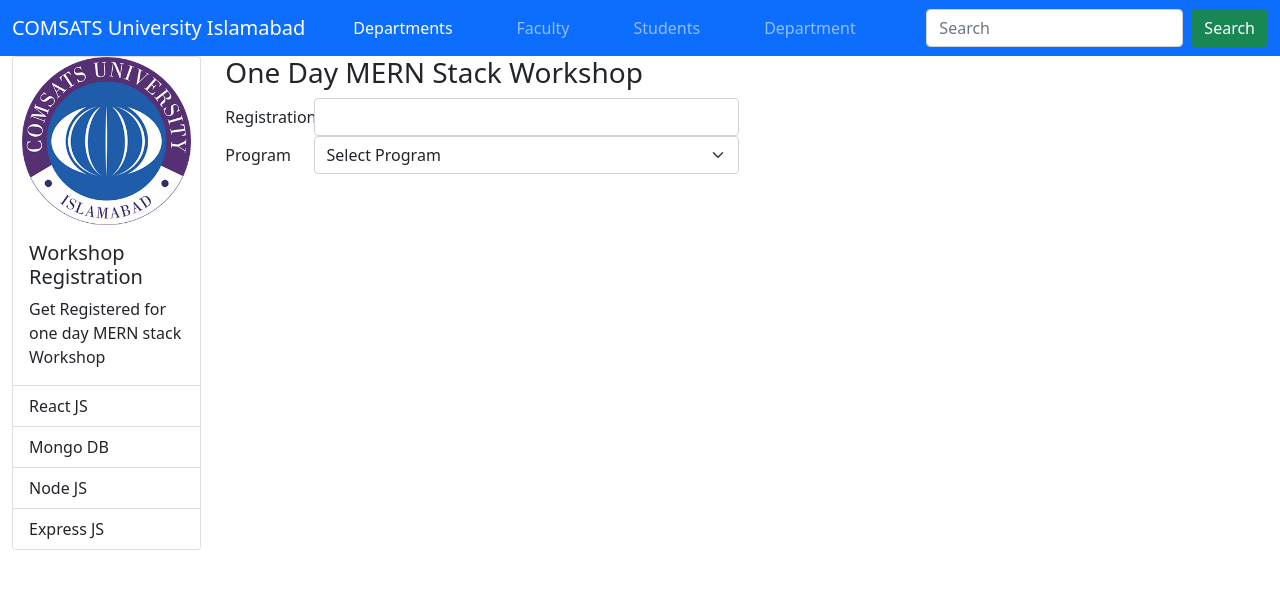
Repository: SaudCh/Web-Mid-Exams
Page: /register
The author's editor kept a copy of each file at every save. The page is drawn from the files as they stood at one save, then again after the next save.
The browser window is 1280 px wide. The pictures show the whole page.
The project was rebuilt for these pictures with package versions that can differ from the ones it lists, and the page was loaded fresh each time.

Above is the page before, as saved 2021-11-22 11:03:48.

### src/App.js
import React from "react";
import { BrowserRouter as Router, Switch, Route } from "react-router-dom";
import "../node_modules/bootstrap/dist/css/bootstrap.min.css";
import "../node_modules/bootstrap/dist/js/bootstrap.bundle.min";
import Header from "./Shared/Header";
import SideBar from "./Shared/SideBar";
import Register from "./Register/register";

export default function App() {
  return (
    <Router>
      <Header />
      <div className="container-fluid">
        <div className="row">
          <div className="col-2">
            <SideBar />
          </div>
          <div className="col-10">
            <Switch>
              <Route path="/" exact>
                <div></div>
              </Route>
              <Route path="/register/" exact>
                <Register />
              </Route>
            </Switch>
          </div>
        </div>
      </div>
    </Router>
  );
}

### src/Shared/Header.jsx
import React from "react";
import { Link } from "react-router-dom";
export default function Header() {
  return (
    <nav class="navbar navbar-expand-lg navbar-dark bg-primary">
      <div class="container-fluid">
        <Link to="/" class="navbar-brand" href="#">
          COMSATS University Islamabad
        </Link>
        <button
          class="navbar-toggler"
          type="button"
          data-bs-toggle="collapse"
          data-bs-target="#navbarSupportedContent"
          aria-controls="navbarSupportedContent"
          aria-expanded="false"
          aria-label="Toggle navigation"
        >
          <span class="navbar-toggler-icon"></span>
        </button>
        <div class="collapse navbar-collapse" id="navbarSupportedContent">
          <ul class="navbar-nav me-auto mb-2 mb-lg-0">
            <li class="nav-item mx-md-4">
              <Link to="/" class="nav-link active" aria-current="page" href="#">
                Departments
              </Link>
            </li>
            <li class="nav-item mx-md-4">
              <Link to="/" class="nav-link" href="#">
                Faculty
              </Link>
            </li>

            <li class="nav-item mx-md-4">
              <Link
                to="/"
                class="nav-link"
                href="#"
                tabindex="-1"
                aria-disabled="true"
              >
                Students
              </Link>
            </li>
            <li class="nav-item mx-md-4">
              <Link
                to="/"
                class="nav-link"
                href="#"
                tabindex="-1"
                aria-disabled="true"
              >
                Department
              </Link>
            </li>
          </ul>
          <form class="d-flex">
            <input
              class="form-control me-2"
              type="search"
              placeholder="Search"
              aria-label="Search"
            />
            <button
              class="btn btn-outline-success btn-success text-white"
              type="submit"
            >
              Search
            </button>
          </form>
        </div>
      </div>
    </nav>
  );
}

### src/Shared/SideBar.jsx
import React from "react";
import logo from "../public/comsats-logo.png";

export default function SideBar() {
  return (
    <div class="card">
      <img
        src={logo}
        class="card-img-top"
        style={{ width: "90%", alignSelf: "center" }}
        alt="..."
      />
      <div class="card-body">
        <h5 class="card-title">Workshop Registration</h5>
        <p class="card-text">Get Registered for one day MERN stack Workshop</p>
      </div>
      <ul class="list-group list-group-flush">
        <li class="list-group-item">React JS</li>
        <li class="list-group-item">Mongo DB</li>
        <li class="list-group-item">Node JS</li>
        <li class="list-group-item">Express JS</li>
      </ul>
    </div>
  );
}

### src/Register/register.jsx
import React from "react";

export default function register() {
  return (
    <div>
      <h3>One Day MERN Stack Workshop</h3>
      <form>
        <div class="row g-3 align-items-center">
          <div class="col-1">
            <label for="registration" class="col-form-label">
              Registration
            </label>
          </div>
          <div class="col-5">
            <input
              type="text"
              id="registration"
              class="form-control"
              aria-describedby="passwordHelpInline"
            />
          </div>
        </div>
        <div class="row g-3 align-items-center">
          <div class="col-1">
            <label for="program" class="col-form-label">
              Program
            </label>
          </div>
          <div class="col-5">
            <select id="program" class="form-select">
              <option>Select Program</option>
            </select>
          </div>
        </div>
      </form>
    </div>
  );
}

Loaded but not shown: public/index.html (common file); src/index.js (common file); src/index.css (common file); src/reportWebVitals.js (common file)

After the next save:
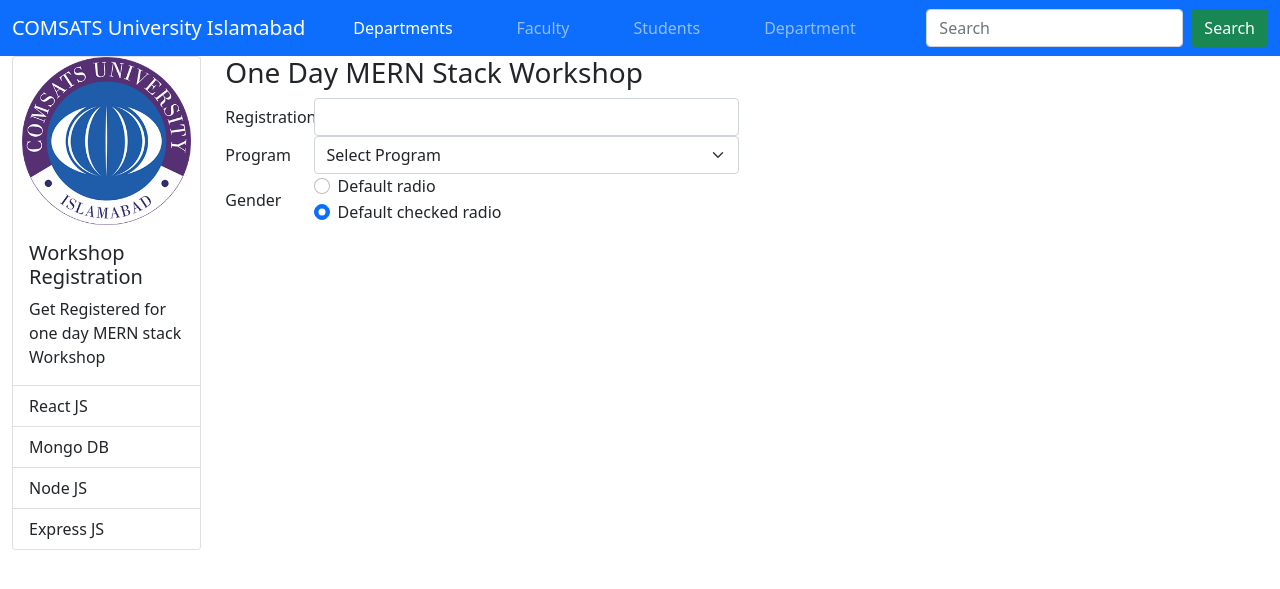
Saved 2 min 18 s later.
--- a/src/Register/register.jsx
+++ b/src/Register/register.jsx
@@ -5,6 +5,7 @@
     <div>
       <h3>One Day MERN Stack Workshop</h3>
       <form>
+        {/*********Registration********** */}
         <div class="row g-3 align-items-center">
           <div class="col-1">
             <label for="registration" class="col-form-label">
@@ -20,6 +21,7 @@
             />
           </div>
         </div>
+        {/*********Program****** */}
         <div class="row g-3 align-items-center">
           <div class="col-1">
             <label for="program" class="col-form-label">
@@ -32,6 +34,39 @@
             </select>
           </div>
         </div>
+        {/*********Gender****** */}
+        <div class="row g-3 align-items-center">
+          <div class="col-1">
+            <label for="gender" class="col-form-label">
+              Gender
+            </label>
+          </div>
+          <div class="col-5">
+            <div class="form-check">
+              <input
+                class="form-check-input"
+                type="radio"
+                name="flexRadioDefault"
+                id="flexRadioDefault1"
+              />
+              <label class="form-check-label" for="flexRadioDefault1">
+                Default radio
+              </label>
+            </div>
+            <div class="form-check">
+              <input
+                class="form-check-input"
+                type="radio"
+                name="flexRadioDefault"
+                id="flexRadioDefault2"
+                checked
+              />
+              <label class="form-check-label" for="flexRadioDefault2">
+                Default checked radio
+              </label>
+            </div>
+          </div>
+        </div>
       </form>
     </div>
   );
